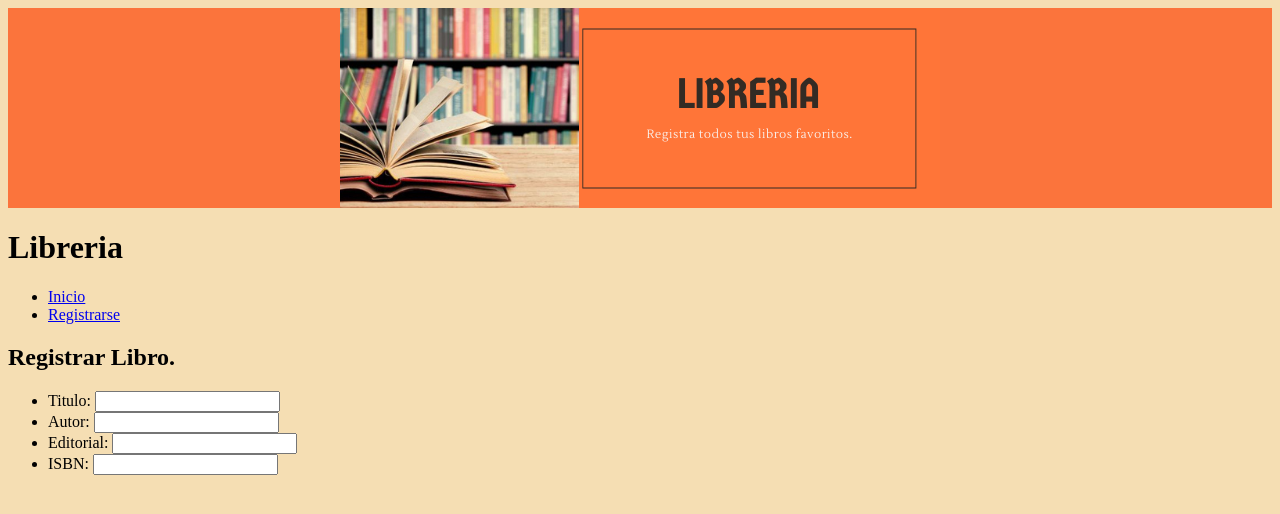
Repository: frnalonso/libreria
Page: src/main/resources/templates/registro.html
These files come from the project's save history. The page is drawn as it stood at one moment and after the next save; the edit follows.
The browser window is 1280 px wide. The pictures show the whole page.

Above is the page before, as saved 2021-10-31 02:38:11.

After the next save:
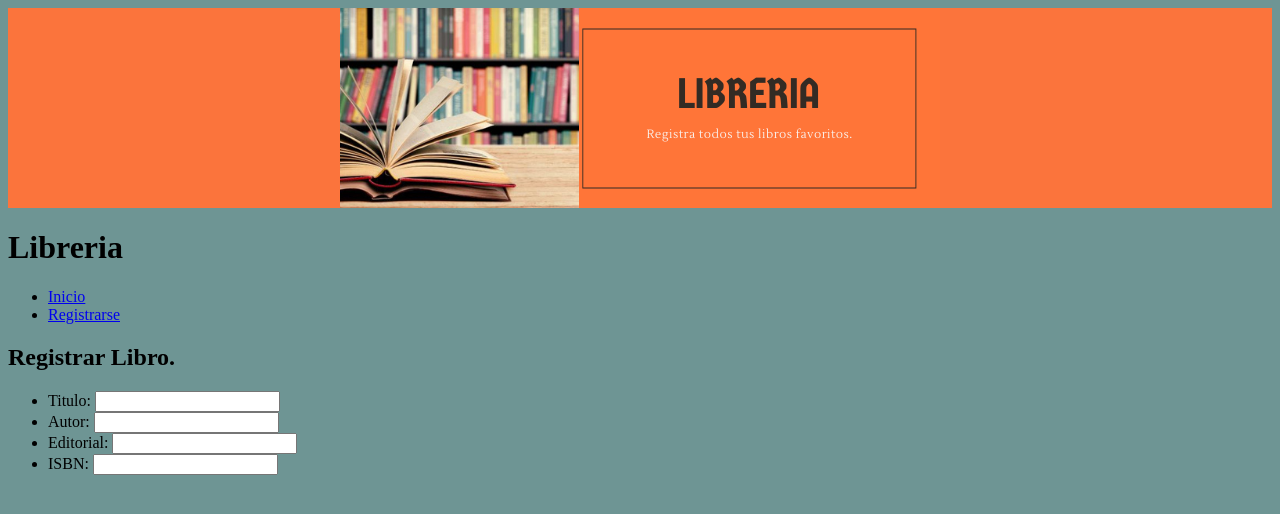
Saved 3 min 31 s later.
--- a/src/main/resources/static/registrostyle.css
+++ b/src/main/resources/static/registrostyle.css
@@ -1,5 +1,5 @@
 body {
-    background-color:wheat;
+    background-color:  #6e9594;
 }
 
 div#banner {
